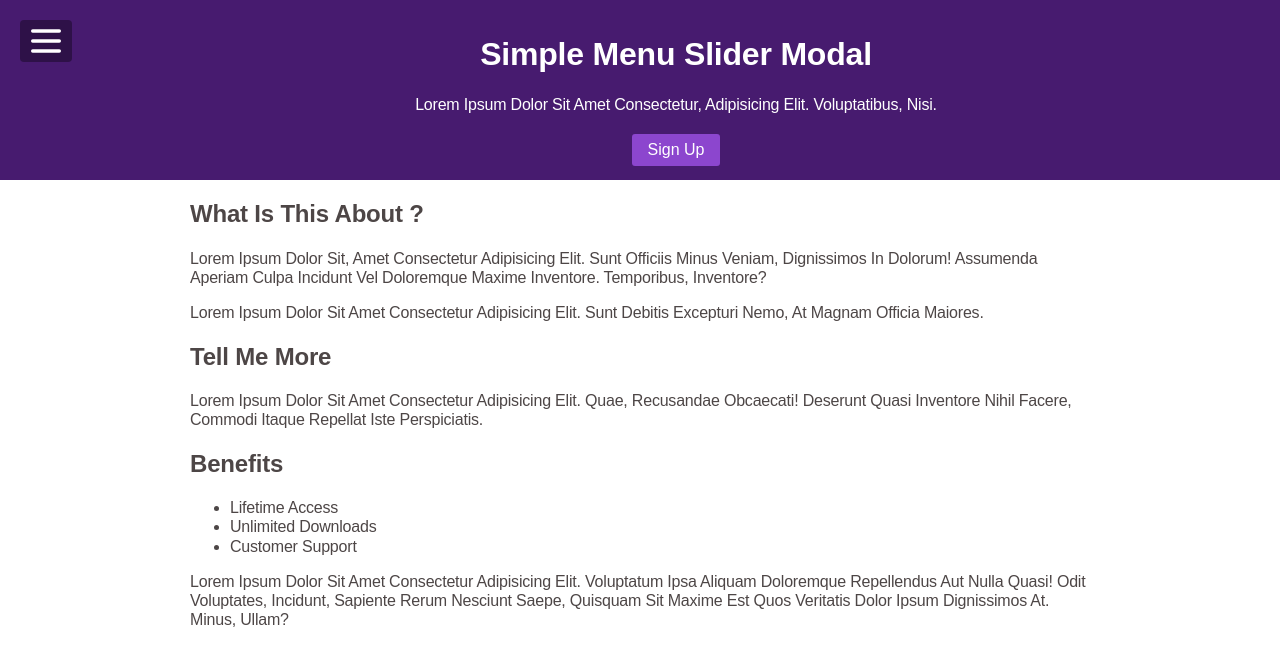
Repository: lilo750/Menu-Slider-modal
Page: index.html
The author's editor kept a copy of each file at every save. The page is drawn from the files as they stood at one save, then again after the next save.
The browser window is 1280 px wide. The pictures show the whole page.

Above is the page before, as saved 2024-01-17 09:57:54.

### index.html
<!DOCTYPE html>
<html lang="en">
    <head>
        <meta charset="UTF-8" />
        <meta name="viewport" content="width=device-width, initial-scale=1.0" />
        <title>menu-slider-modal</title>
        <script defer src="assets/logic.js"></script>
        <link rel="stylesheet" href="assets/style.css" />
    </head>
    <body>
        <div class="left-menu">
            <!-- <aside>
                <div id="profile-img">
                    <img
                        src="assets/visuals/profile-img.jpg"
                        alt="profile image"
                    />
                </div>
                <ul>
                    <li>home</li>
                    <li>portfolio</li>
                    <li>blog</li>
                    <li>contact me</li>
                </ul>
            </aside> -->

            <button id="burger-btn">
                <img
                    src="assets/visuals/burger-menu-svgrepo-com.svg"
                    alt="burger icon"
                />
            </button>
        </div>
        <div class="container">
            <header>
                <div class="heading">
                    <h1>Simple Menu slider Modal</h1>
                    <p>
                        Lorem ipsum dolor sit amet consectetur, adipisicing
                        elit. Voluptatibus, nisi.
                    </p>
                    <button id="signUp-btn">Sign Up</button>
                </div>
            </header>

            <main>
                <h2>what is this about ?</h2>
                <p>
                    Lorem ipsum dolor sit, amet consectetur adipisicing elit.
                    Sunt officiis minus veniam, dignissimos in dolorum!
                    Assumenda aperiam culpa incidunt vel doloremque maxime
                    inventore. Temporibus, inventore?
                </p>
                <p>
                    Lorem ipsum dolor sit amet consectetur adipisicing elit.
                    Sunt debitis excepturi nemo, at magnam officia maiores.
                </p>
                <h2>tell me more</h2>
                <p>
                    Lorem ipsum dolor sit amet consectetur adipisicing elit.
                    Quae, recusandae obcaecati! Deserunt quasi inventore nihil
                    facere, commodi itaque repellat iste perspiciatis.
                </p>
                <h2>benefits</h2>
                <ul>
                    <li>lifetime access</li>
                    <li>unlimited downloads</li>
                    <li>customer support</li>
                </ul>
                <p>
                    Lorem ipsum dolor sit amet consectetur adipisicing elit.
                    Voluptatum ipsa aliquam doloremque repellendus aut nulla
                    quasi! Odit voluptates, incidunt, sapiente rerum nesciunt
                    saepe, quisquam sit maxime est quos veritatis dolor ipsum
                    dignissimos at. Minus, ullam?
                </p>
            </main>
        </div>
        <!-- ./container -->

        <div class="modal">
            <header>
                <span>Sign Up</span>
                <button id="close-btn">
                    <img
                        src="assets/visuals/close-icon.svg"
                        alt="burger icon"
                    />
                </button>
            </header>
            <form>
                <p>Register with us to get offers. support and more</p>
                <div class="form-control">
                    <label for="name">Name</label>
                    <input id="name" type="text" required />
                </div>
                <div class="form-control">
                    <label for="mail">Email</label>
                    <input id="mail" type="email" required />
                </div>
                <div class="form-control">
                    <label for="pass">Password</label>
                    <input id="pass" type="password" required />
                </div>
                <div class="form-control">
                    <label for="cpass">Confirm Password</label>
                    <input id="cpass" type="password" required />
                </div>

                <button id="submit-btn" type="submit">submit</button>
            </form>
        </div>
    </body>
</html>

### assets/logic.js
const signUpBtn = document.getElementById('signUp-btn');
const closeBtn = document.getElementById('close-btn');
const modal = document.querySelector('.modal');
const container = document.querySelector('.container');

const openModalHandler = (event) => {
    event.stopPropagation(); // Stop the event from propagating to the container
    modal.style.pointerEvents = 'auto';
    modal.style.visibility = 'visible';
    modal.style.opacity = '1';
};

const closeModalHandler = () => {
    modal.style.pointerEvents = 'none';
    modal.style.visibility = 'hidden';
    modal.style.opacity = '0';
};

const modalOverlayHandler = () => {
    if (modal.style.visibility === 'visible') {
        closeModalHandler();
    }
};

container.addEventListener('click', modalOverlayHandler);
signUpBtn.addEventListener('click', openModalHandler);
closeBtn.addEventListener('click', closeModalHandler);

### assets/style.css
html {
    font-family: sans-serif;
    letter-spacing: -0.2px;
    color: #4d4646;
}

body {
    height: 100vh;
    margin: 0;
    padding: 0;
    text-transform: capitalize;
    line-height: 1.2;
}

.left-menu {
    position: absolute;

    #burger-btn {
        display: flex;
        align-items: center;
        justify-content: center;
        background-color: rgb(46, 17, 72);
        border: none;
        cursor: pointer;
        position: relative;
        left: 20px;
        top: 20px;
        border-radius: 4px;
    }
}

.container {
    display: flex;
    flex-direction: column;

    & header {
        background-color: rgb(71, 27, 111);
        color: #fff;
        text-align: center;
        padding: 14px 8px;
        padding-left: 80px;

        #signUp-btn {
            background-color: rgb(140, 70, 206);
            color: inherit;
            border: 0;
            outline: 2px;
            padding: 7px 16px;
            border-radius: 3px;
            cursor: pointer;
            font-size: 16px;
        }

        & p {
            margin-bottom: 20px;
        }
    }

    & main {
        max-width: 900px;
        align-self: center;
        padding-inline: 20px;
    }
}

.modal {
    visibility: hidden;
    pointer-events: none;
    width: 370px;
    background-color: #fff;
    border-radius: 3px;
    box-shadow: 1px 3px 17px 8px #bab4b4;
    position: absolute;
    left: 50%;
    top: 41%;
    transform: translate(-50%, -50%);
    transition: opacity 0.3s ease-in-out;

    & header {
        background-color: rgb(94, 36, 147);
        display: flex;
        justify-content: space-between;
        align-items: center;
        padding: 8px;
        margin-bottom: 32px;

        & span {
            color: #fff;
            font-weight: 600;
            font-size: 16px;
        }

        #close-btn {
            background-color: transparent;
            border: none;
            cursor: pointer;
            color: #fff;
        }
    }

    & form {
        padding-bottom: 18px;

        & p {
            font-size: 15px;
            font-weight: 600;
        }

        padding-inline: 18px;

        .form-control {
            display: flex;
            flex-direction: column;
            row-gap: 8px;
            margin-bottom: 12px;

            & input {
                padding: 8px;
                border: 1px solid #bab4b4;
                outline: none;
            }
        }

        #submit-btn {
            background-color: rgb(140, 70, 206);
            color: #fff;
            border: 0;
            outline: 2px;
            padding: 7px 16px;
            border-radius: 4px;
            cursor: pointer;
            font-size: 16px;
        }
    }
}

### assets/visuals/burger-menu-svgrepo-com.svg
<?xml version="1.0" encoding="utf-8"?><!-- Uploaded to: SVG Repo, www.svgrepo.com, Generator: SVG Repo Mixer Tools -->
<svg width="40px" height="40px" viewBox="0 0 24 24" fill="none" xmlns="http://www.w3.org/2000/svg">
<path d="M4 18L20 18" stroke="#ffff" stroke-width="2" stroke-linecap="round"/>
<path d="M4 12L20 12" stroke="#ffff" stroke-width="2" stroke-linecap="round"/>
<path d="M4 6L20 6" stroke="#ffff" stroke-width="2" stroke-linecap="round"/>
</svg>

### assets/visuals/close-icon.svg
<?xml version="1.0"?><svg xmlns="http://www.w3.org/2000/svg" viewBox="0 0 30 30" width="22px" height="22px">    <path d="M 7 4 C 6.744125 4 6.4879687 4.0974687 6.2929688 4.2929688 L 4.2929688 6.2929688 C 3.9019687 6.6839688 3.9019687 7.3170313 4.2929688 7.7070312 L 11.585938 15 L 4.2929688 22.292969 C 3.9019687 22.683969 3.9019687 23.317031 4.2929688 23.707031 L 6.2929688 25.707031 C 6.6839688 26.098031 7.3170313 26.098031 7.7070312 25.707031 L 15 18.414062 L 22.292969 25.707031 C 22.682969 26.098031 23.317031 26.098031 23.707031 25.707031 L 25.707031 23.707031 C 26.098031 23.316031 26.098031 22.682969 25.707031 22.292969 L 18.414062 15 L 25.707031 7.7070312 C 26.098031 7.3170312 26.098031 6.6829688 25.707031 6.2929688 L 23.707031 4.2929688 C 23.316031 3.9019687 22.682969 3.9019687 22.292969 4.2929688 L 15 11.585938 L 7.7070312 4.2929688 C 7.5115312 4.0974687 7.255875 4 7 4 z"/></svg>

After the next save:
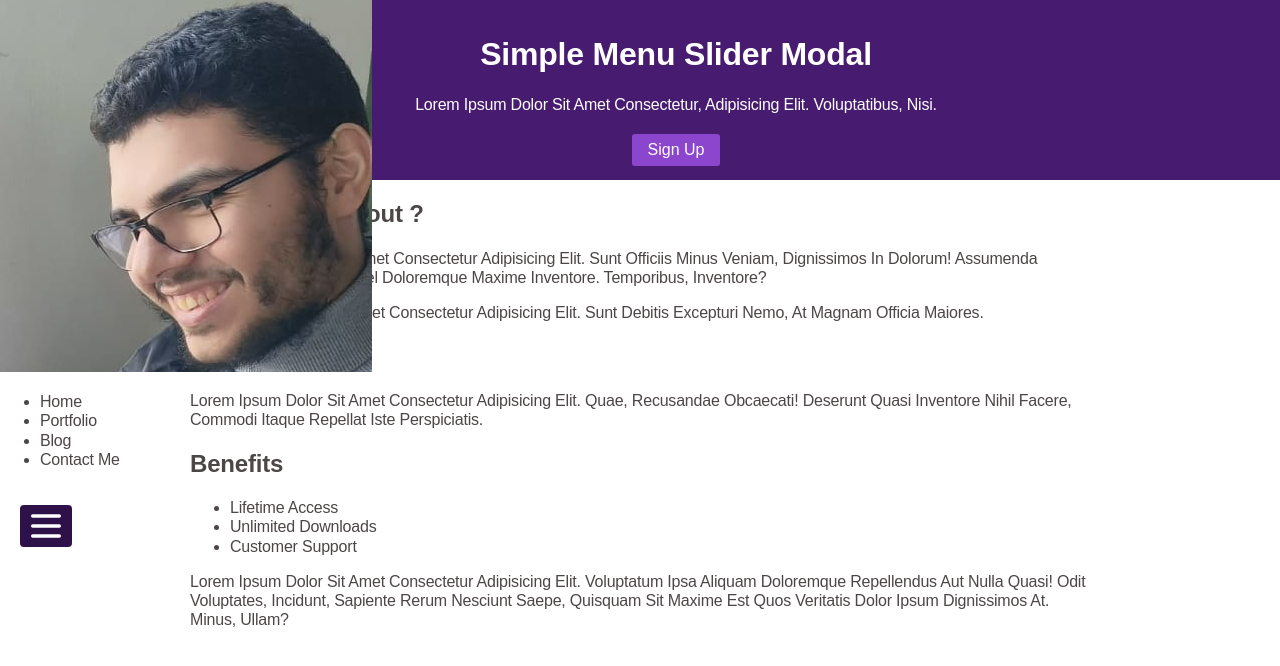
Saved 15 s later.
--- a/index.html
+++ b/index.html
@@ -9,7 +9,7 @@
     </head>
     <body>
         <div class="left-menu">
-            <!-- <aside>
+            <aside>
                 <div id="profile-img">
                     <img
                         src="assets/visuals/profile-img.jpg"
@@ -22,7 +22,7 @@
                     <li>blog</li>
                     <li>contact me</li>
                 </ul>
-            </aside> -->
+            </aside>
 
             <button id="burger-btn">
                 <img
